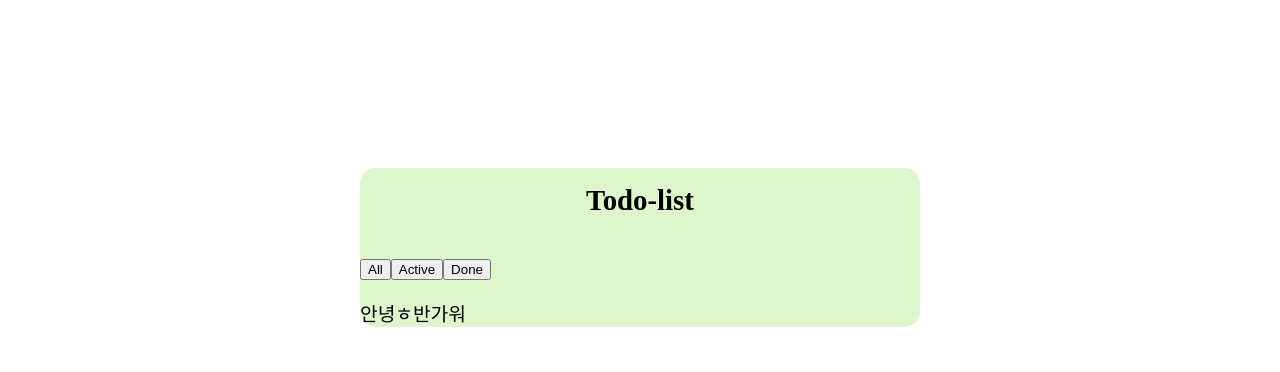
Repository: Yugayoung/todoList
Page: /
These files come from the project's save history. The page is drawn as it stood at one moment and after the next save; the edit follows.
The browser window is 1280 px wide. The pictures show the whole page.
Some web fonts or font styles are not loaded; a fallback is used. The project was rebuilt for these pictures with package versions that can differ from the ones it lists, and the page was loaded fresh each time. Also part of the build but not shown: src/App.css.

Above is the page before, as saved 2024-03-21 01:05:27.

After the next save:
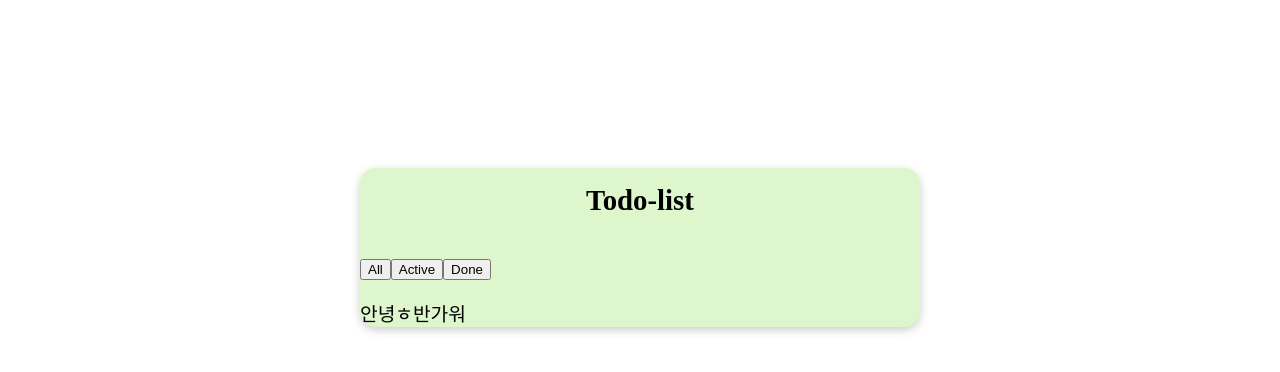
Saved 35 s later.
--- a/src/pages/todo.jsx
+++ b/src/pages/todo.jsx
@@ -10,6 +10,7 @@ const Title = styled.h2`
 const TodoList = styled.section`
   background-color: #def6cc;
   border-radius: 1rem;
+  box-shadow: 0 3px 10px rgb(0, 0, 0, 0.2);
 `;
 
 export default function Todo() {
